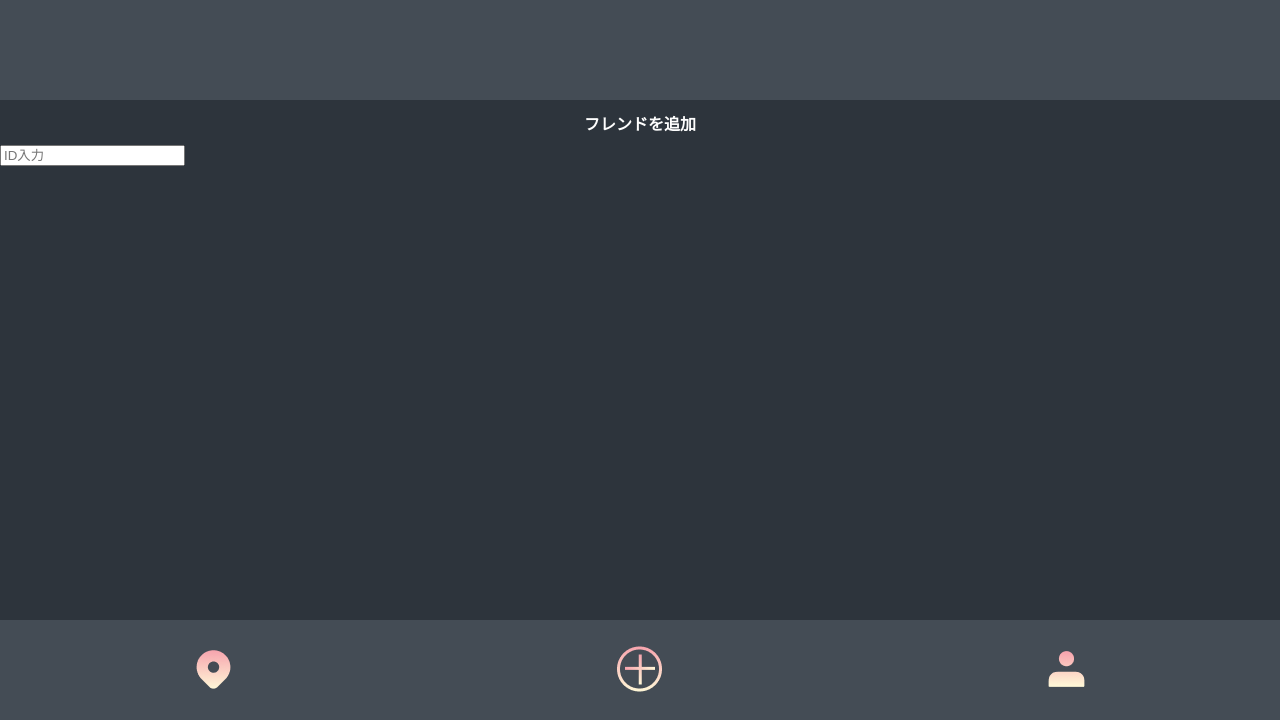
Repository: ren0714poo/respos
Page: addition.html
These files come from the project's save history. The page is drawn as it stood at one moment and after the next save; the edit follows.
The browser window is 1280 px wide. The pictures show the whole page.

Above is the page before, as saved 2025-07-17 14:36:20.

### addition.html
<!DOCTYPE html>
<html lang="ja">
<head>
  <meta charset="UTF-8">
  <meta name="viewport" content="width=device-width, initial-scale=1.0">
  <title>respos_addition</title>
  <link rel="stylesheet" href="css/addition.css">
</head>
<body>
  <header>
  </header>

  <main>
    <div class="addition">
      <h1>フレンドを追加</h1>
      <input type="search" placeholder="ID入力">
    </div>
  </main>

  <footer>
    <button type="button" id="pin" onclick="location.href='top.html'"><img src="img/tabler_map-pin-filled.png" alt="ピン"></button>
    <button type="button"><img src="img/post.png" alt="投稿"></button>
    <button type="button" id="profile" onclick="location.href='profile.html'"><img src="img/icon-park-solid_people.png" alt="プロフィール"></button>
  </footer>

</body>
</html>

### css/addition.css
@media screen and (max-width:480px){


}

html, body {
  color: white;
  background: #2D343C;
  height: 100%;
  margin: 0;
  padding: 0;
  display: grid;
  grid-template-rows: 100px calc(100vh - 200px) 100px;
  grid-template-areas:
  "header"
  "main"
  "footer"
  ;
}



header{
  width: 100%;
  height: 100px;
  background: #444C55;
  display: flex;
  grid-area: header;
}




main{
  grid-area: main;
}

.addition h1{
  color: #fefefe;
  font-size: 16px;
  text-align: center;
}









footer {
  background: #444C55;
  display: flex;
  justify-content: space-around;
  align-items: center;
}

footer button {
  background: transparent;
  border: none;
}

After the next save:
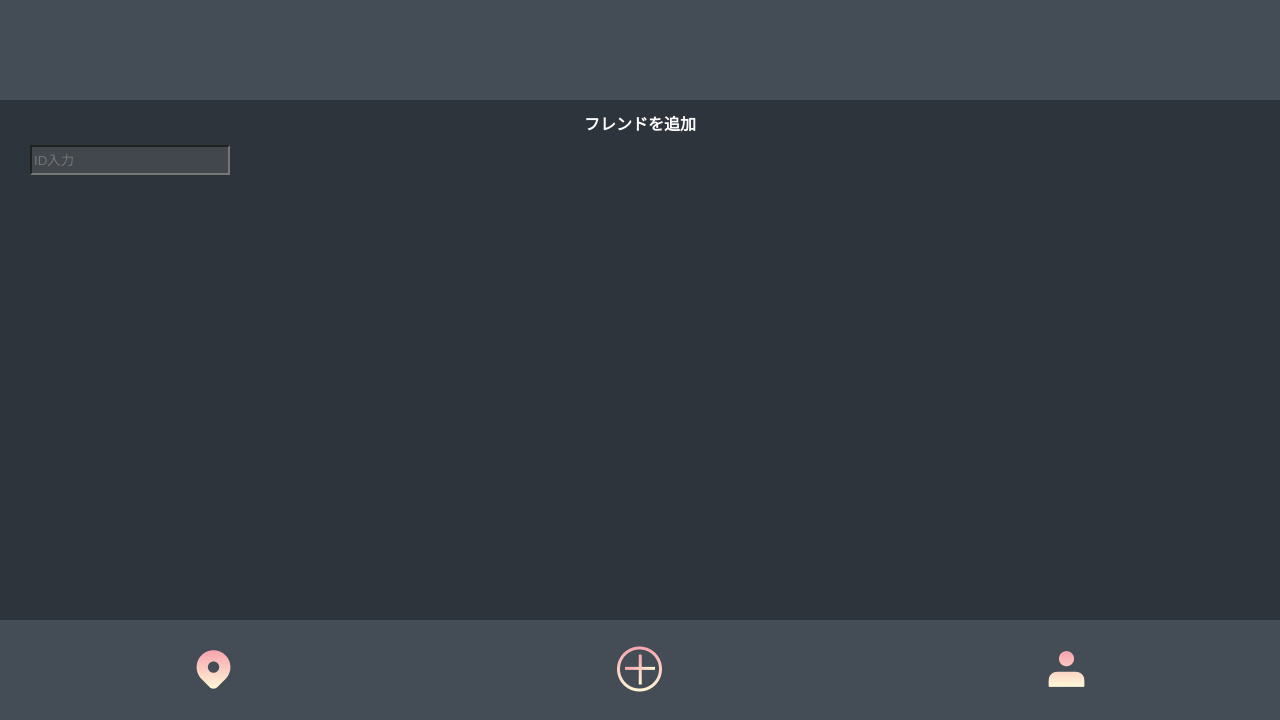
Saved 44 s later.
--- a/css/addition.css
+++ b/css/addition.css
@@ -41,6 +41,13 @@ main{
   text-align: center;
 }
 
+.addition input{
+    width: 200px;
+  height: 30px;
+  margin: auto 0;
+  margin-left: 30px;
+  background: rgba(152, 147, 147, 0.2);
+}
 
 
 
